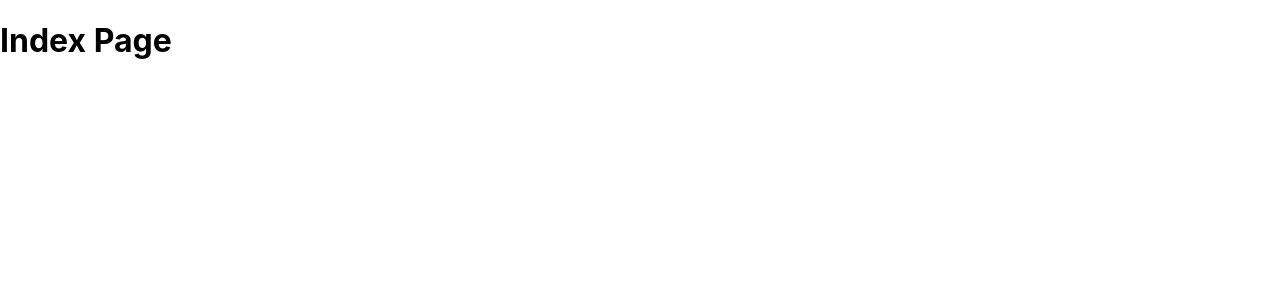
Repository: mergemaven11/Crud_Nextjs
Page: /
The author's editor kept a copy of each file at every save. The page is drawn from the files as they stood at one save, then again after the next save.
The browser window is 1280 px wide. The pictures show the whole page.
The project was rebuilt for these pictures with package versions that can differ from the ones it lists, and the page was loaded fresh each time. The framework's server and built-in components were replaced by stand-ins that run in the browser.

Above is the page before, as saved 2020-10-22 18:42:06.

### pages/index.jsx
import React from 'react'

export default () => <h1>Index Page</h1>

Loaded but not shown: pages/_app.jsx (common file); styles/globals.css (common file)

After the next save:
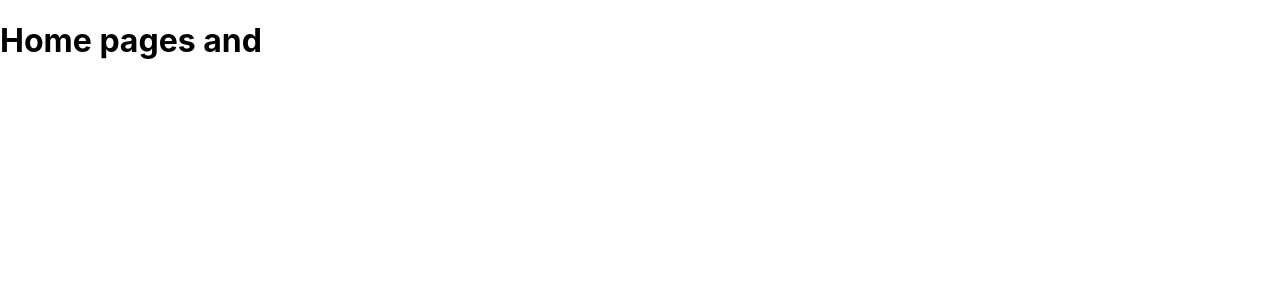
Saved 18 s later.
--- a/pages/index.jsx
+++ b/pages/index.jsx
@@ -1,3 +1,3 @@
 import React from 'react'
 
-export default () => <h1>Index Page</h1>
+export default () => <h1>Home pages and </h1>
